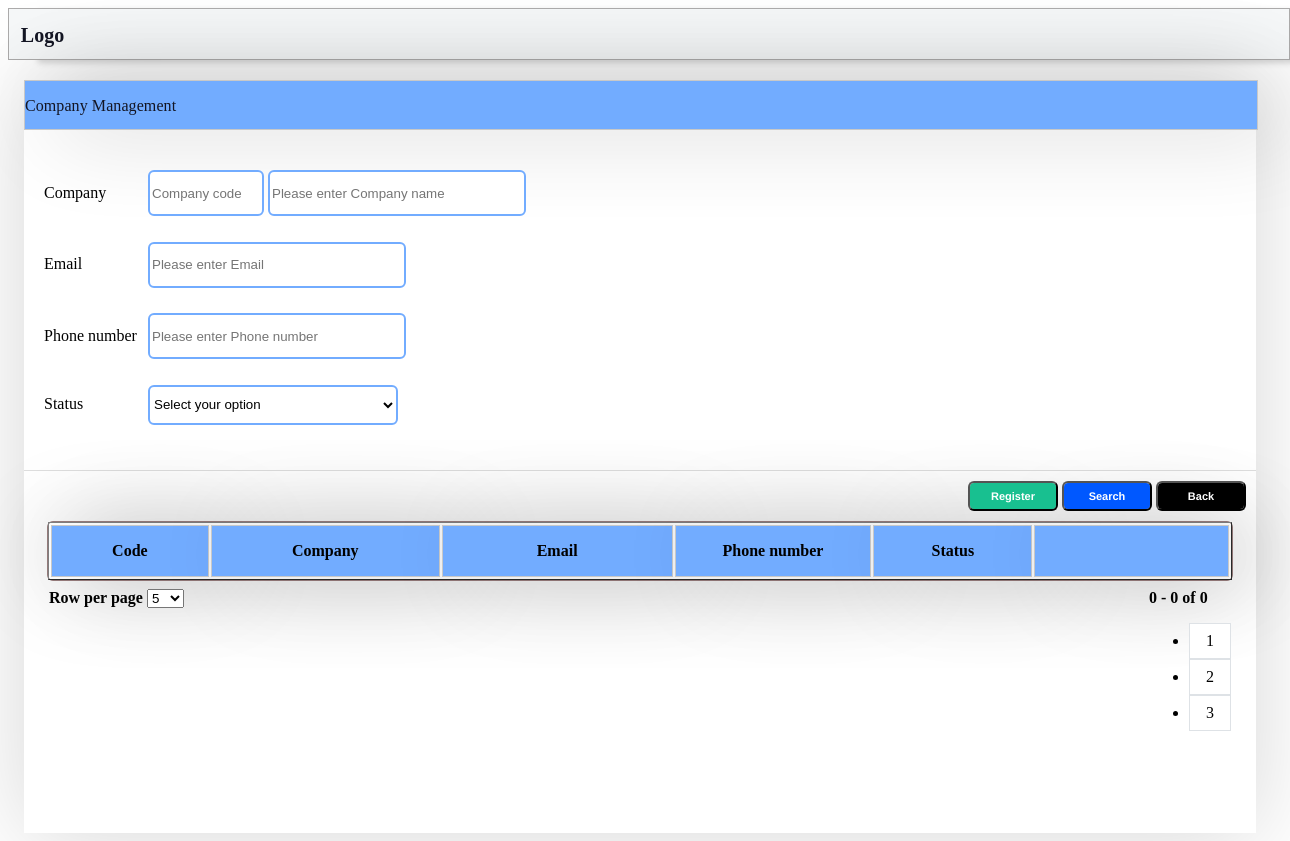
Repository: Zain1409/company
Page: client/html/CompanyManager.html
These files come from the project's save history. The page is drawn as it stood at one moment and after the next save; the edit follows.
The browser window is 1280 px wide. The page is 1290 px wide, so the pictures cover 1290 px, including what lies to the right of the window. The pictures show the whole page.

Above is the page before, as saved 2021-04-08 15:52:03.

After the next save:
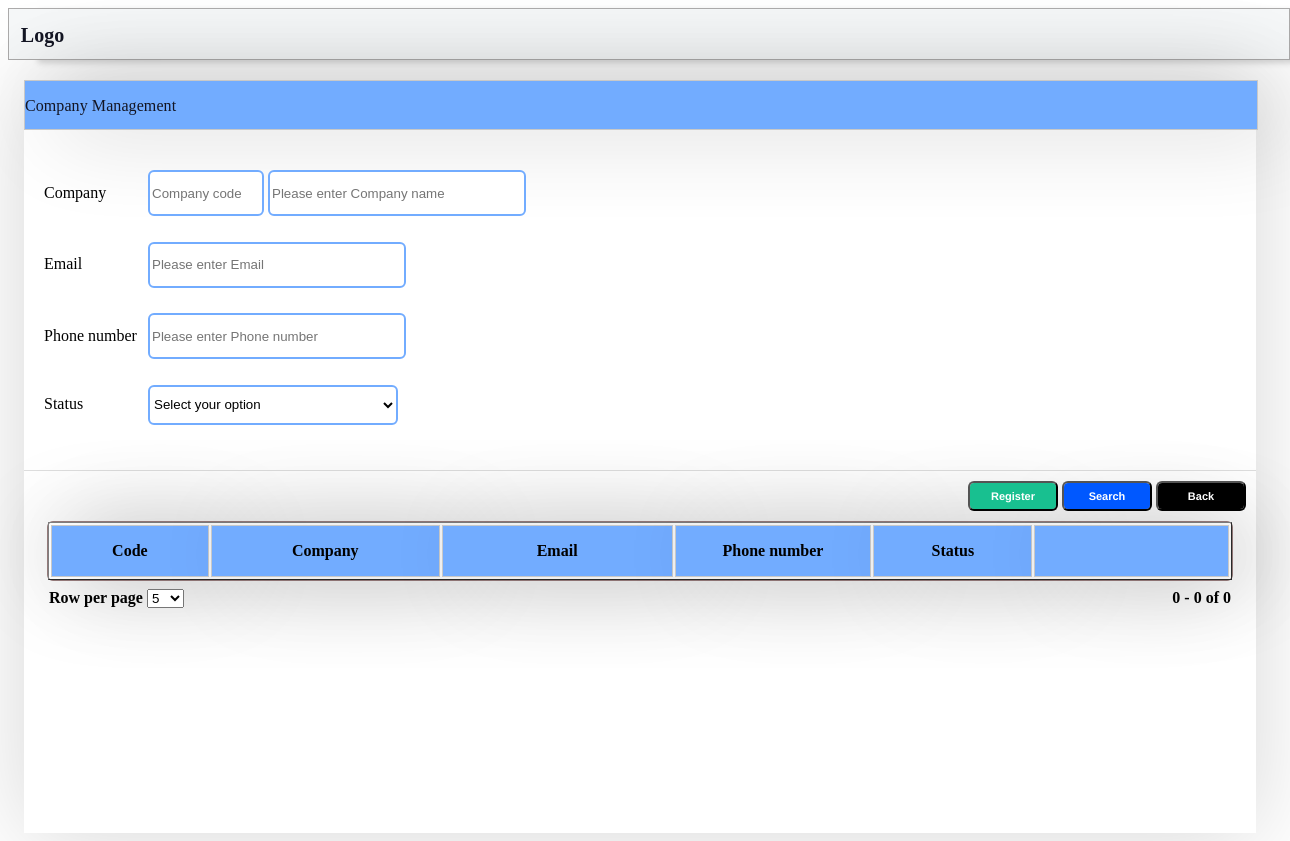
Saved 16 min 40 s later.
--- a/client/html/CompanyManager.html
+++ b/client/html/CompanyManager.html
@@ -97,11 +97,11 @@
                                 <span id="start">0</span> - <span id="end">0</span> of <span id="total">0</span>
                             </p>
                         </div>
-                        <ul class="pagination">
+                        <!-- <ul class="pagination">
                             <li><a onclick="getPage(this)">1</a></li>
                             <li><a onclick="getPage(this)">2</a></li>
                             <li><a onclick="getPage(this)">3</a></li>
-                        </ul>
+                        </ul> -->
                     </div>
                 </div>
             </div>
